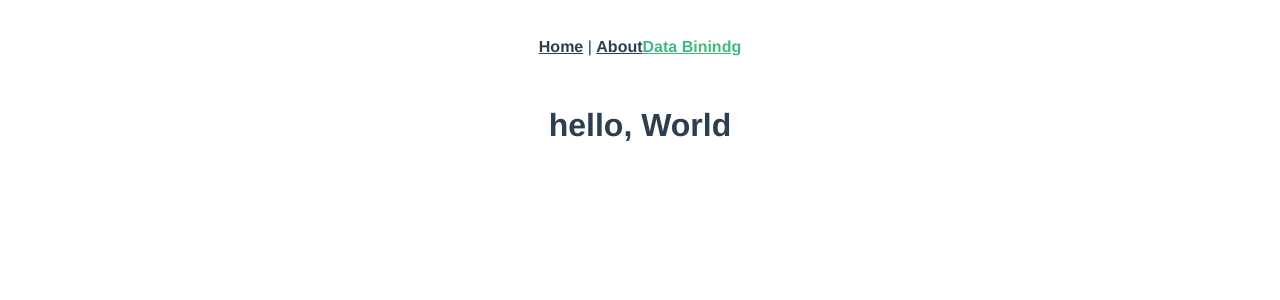
Repository: jang0ha/vue
Page: /databinding
An editor plug-in stored every save of this project. The page is shown before and after a run of saves, followed by the edit.
The browser window is 1280 px wide. The pictures show the whole page.
The project was rebuilt for these pictures with package versions that can differ from the ones it lists, and the page was loaded fresh each time. Also part of the build but not shown: vue.config.js, src/components/HelloWorld.vue, src/views/HomeView.vue, src/views/AboutView.vue.

Above is the page before, as saved 2022-04-06 12:03:24.

### src/App.vue
<template>
  <nav>
    <router-link to="/">Home</router-link> |
    <router-link to="/about">About</router-link>
    <router-link to="/databinding">Data Binindg</router-link>
  </nav>
  <router-view/>
</template>

<style>
#app {
  font-family: Avenir, Helvetica, Arial, sans-serif;
  -webkit-font-smoothing: antialiased;
  -moz-osx-font-smoothing: grayscale;
  text-align: center;
  color: #2c3e50;
}

nav {
  padding: 30px;
}

nav a {
  font-weight: bold;
  color: #2c3e50;
}

nav a.router-link-exact-active {
  color: #42b983;
}
</style>

### src/router/index.js
import { createRouter, createWebHistory } from 'vue-router'
import HomeView from '../views/HomeView.vue'
import AboutView from '../views/AboutView.vue'
import DataBinding from '../views/DataBinding.vue'

const routes = [
  {
    path: '/', //브라우저에서 접속하는 url 주소를 정의
    name: 'home',
    component: HomeView // 지정된path로 들어왔을 때 보여줄 vue 컴포넌트 , 앞으로 구현할 vue 파일을 연결하고, 해당파일을 실행
  },
  {
    path: '/about',
    name: 'about',
    // route level code-splitting  >> 라우트 레벨에서 코드를 분할하는 방법
    // this generates a separate chunk (about.[hash].js) for this route  >> 이 라우트에 대한 chunk파일이 분리되어 생성
    // which is lazy-loaded when the route is visited.  >> 이 라우트에 방문했을떄 지연로드 됩니다.
    // component: () => import(
      /* webpackChunkName: "about" */
    //   '../views/AboutView.vue'
    // )
    component: AboutView
  },
  {
    path: '/databinding',
    name: 'DataBinding',
    // route level code-splitting  >> 라우트 레벨에서 코드를 분할하는 방법
    // this generates a separate chunk (about.[hash].js) for this route  >> 이 라우트에 대한 chunk파일이 분리되어 생성
    // which is lazy-loaded when the route is visited.  >> 이 라우트에 방문했을떄 지연로드 됩니다.
    component:DataBinding
  }
]

const router = createRouter({
  history: createWebHistory(process.env.BASE_URL),
  routes
})

export default router

### src/views/DataBinding.vue
<template>
    <h1>hello, {{title}}</h1>
</template>
<script>
export default {
    data(){ //html과 자바스크립트 코드에서 사용할 데이터 변수 선언
        return {
            title : "World"
        };
    },

}
</script>

Loaded but not shown: public/index.html (common file); src/main.js (common file)

After the next 2 saves:
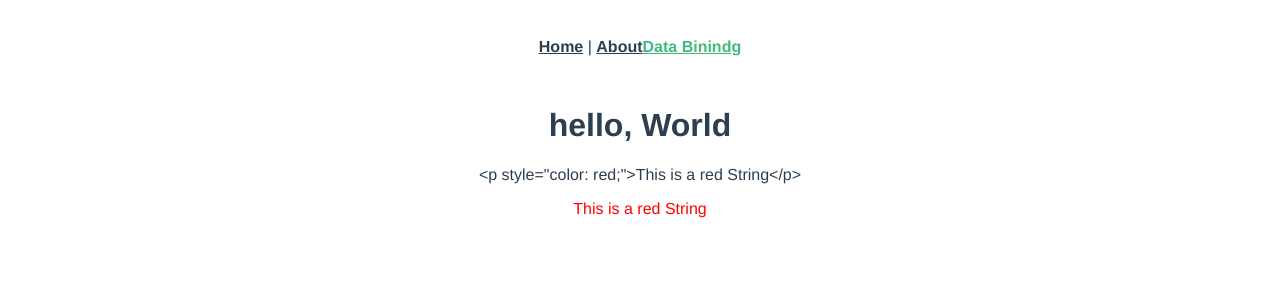
The 2 saves are shown as one change because 1 did not build or start.
The last was saved 3 min 40 s later.
--- a/src/views/DataBinding.vue
+++ b/src/views/DataBinding.vue
@@ -1,11 +1,17 @@
 <template>
     <h1>hello, {{title}}</h1>
+
+    <div>
+        <div>{{htmlString}}</div>
+        <div v-html="htmlString"></div>
+    </div>
 </template>
 <script>
 export default {
     data(){ //html과 자바스크립트 코드에서 사용할 데이터 변수 선언
         return {
-            title : "World"
+            title : "World",
+            htmlString:'<p style="color: red;">This is a red String</p>'
         };
     },
 
